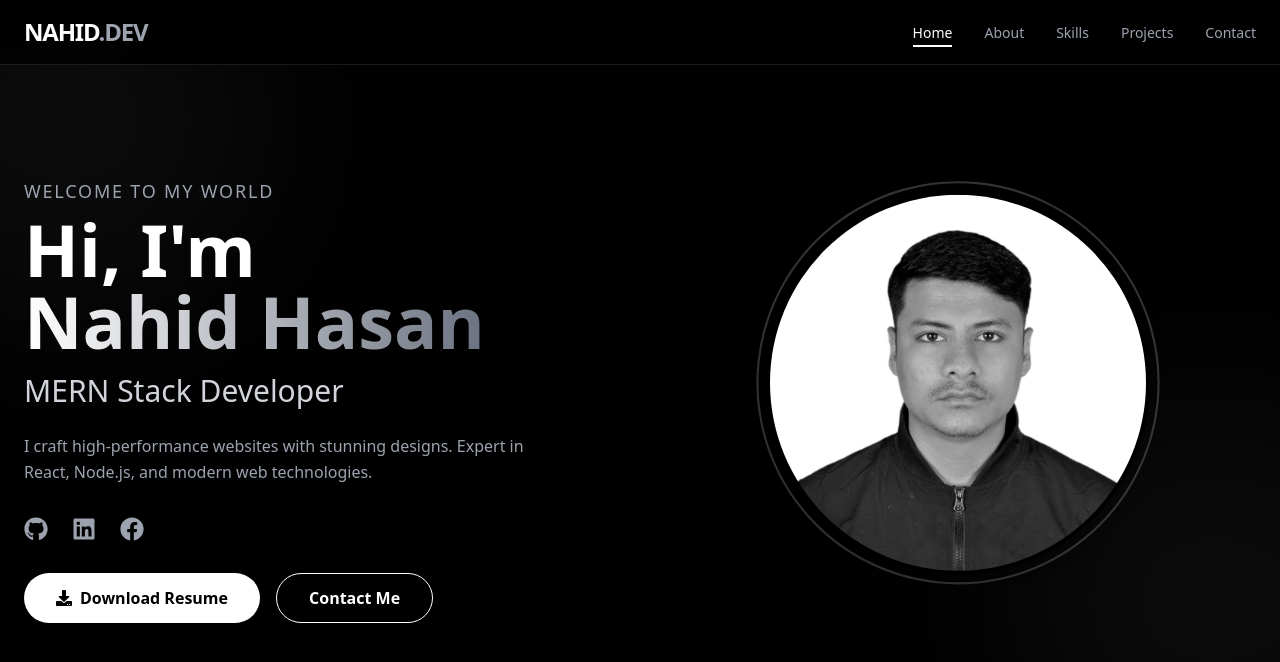
Repository: nahid-hasann/portfolio
Page: /
An editor plug-in stored every save of this project. The page is shown before and after the next save, followed by the edit.
The browser window is 1280 px wide. The pictures show the whole page.
The project was rebuilt for these pictures with package versions that can differ from the ones it lists, and the page was loaded fresh each time. Also part of the build but not shown: vite.config.js.

Above is the page before, as saved 2026-01-05 15:19:04.

### index.html
<!doctype html>
<html data-theme="light" lang="en">
  <head>
    <meta charset="UTF-8" />
    <link rel="icon" type="image/svg+xml" href="/vite.svg" />
    <meta name="viewport" content="width=device-width, initial-scale=1.0" />
    <title>my-portfolio</title>
  </head>
  <body>
    <div id="root"></div>
    <script type="module" src="/src/main.jsx"></script>
  </body>
</html>

### src/main.jsx
import { StrictMode } from 'react'
import { createRoot } from 'react-dom/client'
import './index.css'
import App from './App.jsx'
import {
  createBrowserRouter,
  RouterProvider,
} from "react-router-dom";
import Home from './page/Home.jsx';

const router = createBrowserRouter([
  {
    path: "/",
    element: <App />,
    children: [
      {
        path: "/",
        element: <Home></Home>,
      },
      {
        path: "/about",
        element: <div className="text-center mt-10 text-2xl">ℹ️ This is About Section</div>,
      },
      {
        path: "/projects",
        element: <div className="text-center mt-10 text-2xl">🚀 This is Projects Section</div>,
      },
      {
        path: "/contact",
        element: <div className="text-center mt-10 text-2xl">📞 This is Contact Section</div>,
      },
      {
        path: "/skills",
        element: <div className="text-center mt-10 text-2xl" >this is skill </div>
      }
    ]
  },
]);

createRoot(document.getElementById('root')).render(
  <StrictMode>
    <RouterProvider router={router} />
  </StrictMode>,
)

### src/index.css
@tailwind base;
@tailwind components;
@tailwind utilities;

html {
    scroll-behavior: smooth;
    background-color: #000000;

    color: #ffffff;
}


::-webkit-scrollbar {
    width: 8px;
}

::-webkit-scrollbar-track {
    background: #1a1a1a;
}

::-webkit-scrollbar-thumb {
    background: #444;
    border-radius: 4px;
}

::-webkit-scrollbar-thumb:hover {
    background: #fff;
}

### src/App.jsx
import React from 'react';
import { Outlet } from 'react-router-dom';
import Navbar from './component/Navbar';
// import Navbar from './components/Navbar';

function App() {
  return (
    <div>

      <Navbar />

      <div className="w-full">
        <Outlet />
      </div>
    </div>
  );
}

export default App;

### src/page/Home.jsx
import React from 'react';
import Hero from '../component/Hero';
// ১. এই লাইনে আমরা Hero কম্পোনেন্টটি ইমপোর্ট করছি
// import Hero from '../components/Hero';

const Home = () => {
    return (
        <div className="bg-black min-h-screen">
            {/* ২. এখানে Hero কম্পোনেন্টটি কল করছি */}
            <Hero />

            {/* পরে আমরা এখানে বাকি সেকশন বসাবো (Skills, Projects etc.) */}
        </div>
    );
};

export default Home;

### src/component/Navbar.jsx
import React, { useState } from 'react';
import { Link, useLocation } from 'react-router-dom';
import { motion, AnimatePresence } from 'framer-motion';
import { FaBars, FaTimes } from 'react-icons/fa';

const Navbar = () => {
    const [isOpen, setIsOpen] = useState(false);
    const location = useLocation();

    // মেনু আইটেমগুলোর লিস্ট
    const navLinks = [
        { name: 'Home', path: '/' },
        { name: 'About', path: '/about' },
        { name: 'Skills', path: '/skills' },
        { name: 'Projects', path: '/projects' },
        { name: 'Contact', path: '/contact' },
    ];

    // এক্টিভ লিংক চেক করার ফাংশন
    const isActive = (path) => location.pathname === path;

    return (
        <nav className="fixed top-0 left-0 right-0 z-50 bg-black/80 backdrop-blur-md border-b border-white/10">
            <div className="container mx-auto px-6 py-4 flex justify-between items-center">

                {/* Logo Area */}
                <motion.div
                    initial={{ opacity: 0, x: -20 }}
                    animate={{ opacity: 1, x: 0 }}
                    transition={{ duration: 0.5 }}
                >
                    <Link to="/" className="text-2xl font-bold tracking-tighter text-white">
                        NAHID<span className="text-gray-400">.DEV</span>
                    </Link>
                </motion.div>

                {/* Desktop Menu */}
                <div className="hidden md:flex space-x-8">
                    {navLinks.map((link, index) => (
                        <motion.div
                            key={index}
                            initial={{ opacity: 0, y: -10 }}
                            animate={{ opacity: 1, y: 0 }}
                            transition={{ delay: 0.1 * index, duration: 0.5 }}
                        >
                            <Link
                                to={link.path}
                                className={`text-sm font-medium transition-colors duration-300 relative group ${isActive(link.path) ? 'text-white' : 'text-gray-400 hover:text-white'
                                    }`}
                            >
                                {link.name}
                                {/* Hover Underline Animation */}
                                <span className={`absolute left-0 bottom-[-5px] w-0 h-[2px] bg-white transition-all duration-300 group-hover:w-full ${isActive(link.path) ? 'w-full' : ''}`}></span>
                            </Link>
                        </motion.div>
                    ))}
                </div>

                {/* Mobile Menu Button */}
                <div className="md:hidden">
                    <button onClick={() => setIsOpen(!isOpen)} className="text-white focus:outline-none text-2xl">
                        {isOpen ? <FaTimes /> : <FaBars />}
                    </button>
                </div>
            </div>

            {/* Mobile Dropdown Menu (AnimatePresence for smooth exit) */}
            <AnimatePresence>
                {isOpen && (
                    <motion.div
                        initial={{ opacity: 0, height: 0 }}
                        animate={{ opacity: 1, height: 'auto' }}
                        exit={{ opacity: 0, height: 0 }}
                        className="md:hidden bg-black border-b border-white/10 overflow-hidden"
                    >
                        <div className="flex flex-col items-center py-6 space-y-4">
                            {navLinks.map((link) => (
                                <Link
                                    key={link.name}
                                    to={link.path}
                                    onClick={() => setIsOpen(false)}
                                    className={`text-lg font-medium ${isActive(link.path) ? 'text-white' : 'text-gray-400'}`}
                                >
                                    {link.name}
                                </Link>
                            ))}
                        </div>
                    </motion.div>
                )}
            </AnimatePresence>
        </nav>
    );
};

export default Navbar;

### src/component/Hero.jsx
import React from 'react';
import { motion } from 'framer-motion';
import { FaGithub, FaLinkedin, FaFacebook, FaDownload } from "react-icons/fa";

const Hero = () => {

    const fadeUp = {
        hidden: { opacity: 0, y: 30 },
        visible: { opacity: 1, y: 0, transition: { duration: 0.8 } }
    };

    return (
        <section className="min-h-screen bg-black text-white flex items-center justify-center pt-20 overflow-hidden relative">


            <div className="absolute top-[-10%] left-[-10%] w-96 h-96 bg-white/5 rounded-full blur-[100px]" />
            <div className="absolute bottom-[-10%] right-[-10%] w-96 h-96 bg-white/5 rounded-full blur-[100px]" />

            <div className="container mx-auto px-6 grid md:grid-cols-2 gap-10 items-center relative z-10">

                {/* Left Side: Text Content */}
                <motion.div
                    initial="hidden"
                    animate="visible"
                    variants={{
                        visible: { transition: { staggerChildren: 0.2 } }
                    }}
                    className="text-center md:text-left"
                >
                    <motion.p variants={fadeUp} className="text-gray-400 text-lg mb-2 tracking-widest uppercase">
                        Welcome to my world
                    </motion.p>

                    <motion.h1 variants={fadeUp} className="text-5xl md:text-7xl font-bold mb-4 leading-tight">
                        Hi, I'm <br />
                        <span className="text-transparent bg-clip-text bg-gradient-to-r from-white to-gray-500">
                            Nahid Hasan
                        </span>
                    </motion.h1>

                    <motion.h2 variants={fadeUp} className="text-2xl md:text-3xl font-light text-gray-300 mb-6">
                        MERN Stack Developer
                    </motion.h2>

                    <motion.p variants={fadeUp} className="text-gray-400 max-w-lg mx-auto md:mx-0 mb-8 leading-relaxed">
                        I craft high-performance websites with stunning designs. Expert in React, Node.js, and modern web technologies.
                    </motion.p>


                    <motion.div variants={fadeUp} className="flex gap-6 justify-center md:justify-start mb-8">
                        {[
                            { icon: <FaGithub />, link: "https://github.com/nahid-hasann" },
                            { icon: <FaLinkedin />, link: "https://www.linkedin.com/in/mh-nahid-webdev/" },
                            { icon: <FaFacebook />, link: "https://www.facebook.com/mh.na.hi.d.554448/" }
                        ].map((social, index) => (
                            <a
                                key={index}
                                href={social.link}
                                target="_blank"
                                className="text-2xl text-gray-400 hover:text-white hover:scale-110 transition-transform duration-300"
                            >
                                {social.icon}
                            </a>
                        ))}
                    </motion.div>


                    <motion.div variants={fadeUp} className="flex flex-col sm:flex-row gap-4 justify-center md:justify-start">
                        <a
                            href="/resume.pdf"
                            download
                            className="px-8 py-3 bg-white text-black font-bold rounded-full hover:bg-gray-200 transition duration-300 flex items-center justify-center gap-2"
                        >
                            <FaDownload /> Download Resume
                        </a>
                        <a
                            href="/contact"
                            className="px-8 py-3 border border-white text-white font-bold rounded-full hover:bg-white/10 transition duration-300"
                        >
                            Contact Me
                        </a>
                    </motion.div>
                </motion.div>


                <motion.div
                    initial={{ opacity: 0, scale: 0.8 }}
                    animate={{ opacity: 1, scale: 1 }}
                    transition={{ duration: 0.8 }}
                    className="flex justify-center"
                >

                    <motion.div
                        animate={{ y: [0, -20, 0] }}
                        transition={{ duration: 4, repeat: Infinity, ease: "easeInOut" }}
                        className="relative w-80 h-80 md:w-96 md:h-96"
                    >

                        <div className="absolute inset-0 border-2 border-white/20 rounded-full transform rotate-6 scale-105" />


                        <img
                            src="/public/193213-.jpg"
                            alt="Nahid Profile"
                            className="w-full object-top h-full object-cover rounded-full shadow-2xl border-4 border-black grayscale hover:grayscale-0 transition duration-500"
                        />
                    </motion.div>
                </motion.div>
            </div>
        </section>
    );
};

export default Hero;

### tailwind.config.js
/** @type {import('tailwindcss').Config} */
export default {
    content: [
        "./index.html",
        "./src/**/*.{js,ts,jsx,tsx}",
    ],
    theme: {
        extend: {},
    },
    plugins: [
        require('daisyui'),
    ],
  }

After the next save:
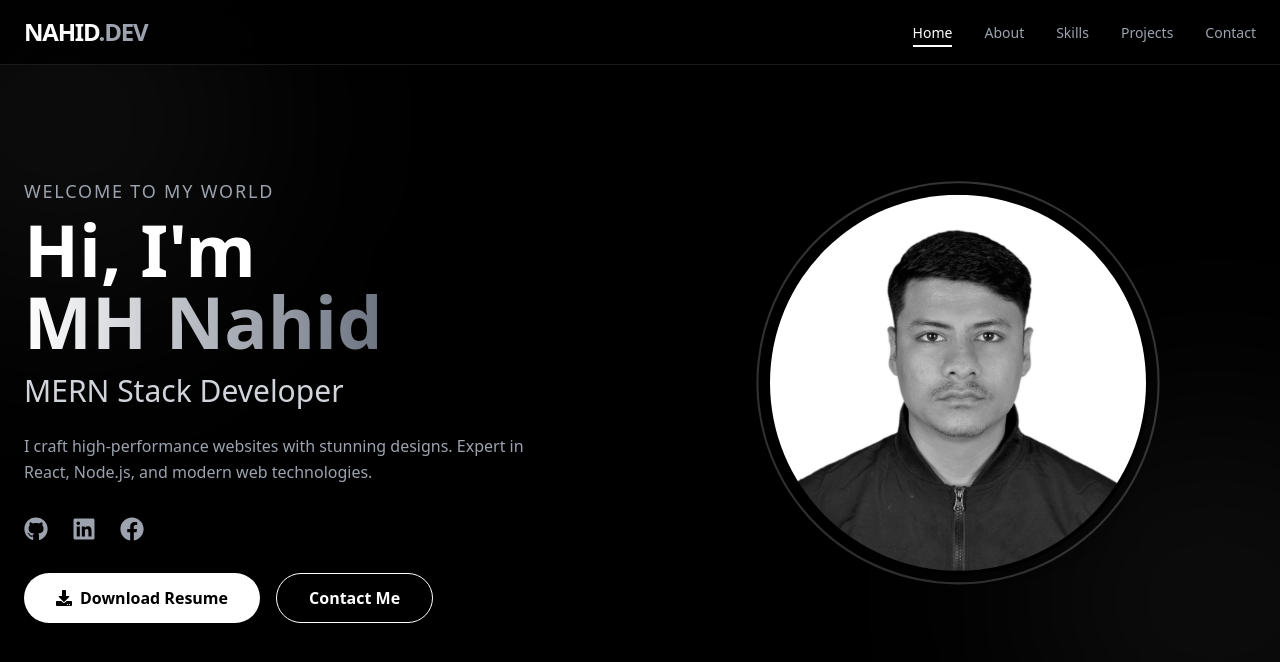
Saved 1 s later.
--- a/src/component/Hero.jsx
+++ b/src/component/Hero.jsx
@@ -34,7 +34,7 @@ const Hero = () => {
                     <motion.h1 variants={fadeUp} className="text-5xl md:text-7xl font-bold mb-4 leading-tight">
                         Hi, I'm <br />
                         <span className="text-transparent bg-clip-text bg-gradient-to-r from-white to-gray-500">
-                            Nahid Hasan
+                            MH Nahid
                         </span>
                     </motion.h1>
 
